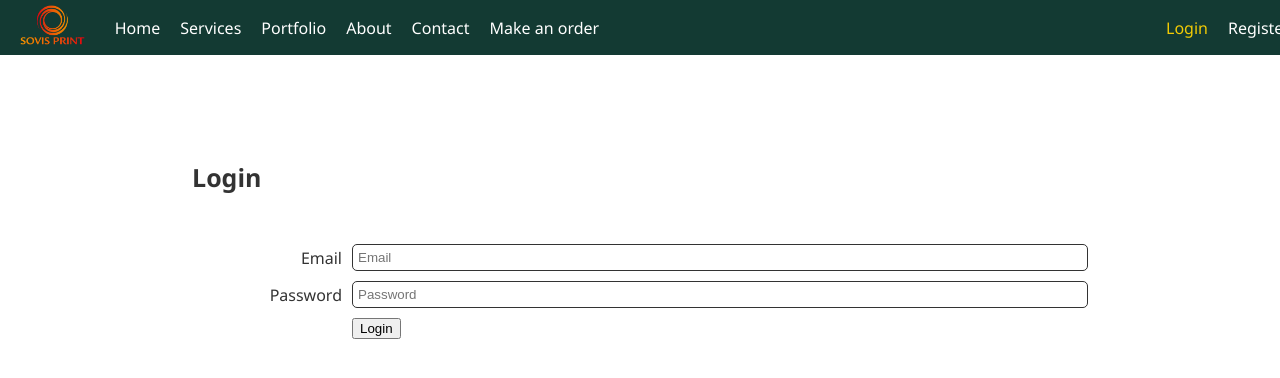
Repository: danichimescu/temafinalareact
Page: /comanda (app in my-app/)
These files come from the project's save history. The page is drawn as it stood at one moment and after the next save; the edit follows.
The browser window is 1280 px wide. The pictures show the whole page.
The project was rebuilt for these pictures with package versions that can differ from the ones it lists, and the page was loaded fresh each time. Also part of the build but not shown: my-app/vite.config.js, my-app/src/features/Comanda/Comanda.module.css, my-app/src/features/Comanda/Comanda.jsx, my-app/src/features/Mainpage/mainpage.jsx, my-app/src/features/Auth/Register.jsx.

Above is the page before, as saved 2026-01-22 23:04:09.

### my-app/index.html
<!doctype html>
<html lang="en">
  <head>
    <meta charset="UTF-8" />
    <link rel="icon" type="image/svg+xml" href="src/assets/logoSovis.png" />
    <meta name="viewport" content="width=device-width, initial-scale=1.0" />
    <title>SoviPrint - an online printing service</title>
  </head>
  <body>
    <div id="root"></div>
    <script type="module" src="/src/main.jsx"></script>
  </body>
</html>

### my-app/src/main.jsx
import { StrictMode } from 'react';
import { createRoot } from 'react-dom/client';
import { App } from './App.jsx';

createRoot(document.getElementById('root')).render(
  <StrictMode>
    <App />
  </StrictMode>,
)

### my-app/src/App.jsx
import { BrowserRouter, Route, Routes } from 'react-router';
import { ToastContainer } from 'react-toastify';
import { Comanda } from './features/Comanda/Comanda';
import { Mainpage } from './features/Mainpage/mainpage';
import { Login } from './features/Auth/Login';
import { Register } from './features/Auth/Register';
import { Nav } from './components/Nav/Nav';
import { AuthContextProvider } from './features/Auth/AuthContext';

// import { BoardgameList } from './features/Boardgames/BoardgameList';
// import { BoardgameDetails } from './features/Boardgames/BoardgameDetails';
// import { BoardgameAdd } from './features/Boardgames/BoardgameAdd';
// import { BoardgameEdit } from './features/Boardgames/BoardgameEdit';

import { ProtectedRoute } from './components/ProtectedRoute/ProtectedRoute';


import './App.css';
//*element={<h1>Homepage</h1>} */
export function App() {
  return (
    <BrowserRouter>
      <AuthContextProvider>
        <Nav />
        <Routes>
          <Route path="/"
            element={
              <Mainpage />
            }
          />
          <Route
            path="comanda"
            element={
              <ProtectedRoute>
                <Comanda />
              </ProtectedRoute>
            }
          />

          <Route path="login" element={<Login />} />
          <Route path="register" element={<Register />} />
          <Route path="*" element={<h1>404 Not Found</h1>} />
        </Routes>

        <ToastContainer />
      </AuthContextProvider>
    </BrowserRouter>
  );
}

### my-app/src/features/Auth/Login.jsx
import { useEffect, useState } from 'react';
import { toast } from 'react-toastify';
import { email, object, string } from 'zod';
import { useAuthContext } from './AuthContext';
import { useLocation, useNavigate } from 'react-router';
import { validateForm } from '../../utils';

const apiUrl = import.meta.env.VITE_API_URL + '/login';

const loginSchema = object({
  email: email('Please type a valid email address'),
  password: string().min(
    6,
    'Your password needs to be at least 6 characters long'
  ),
});

export function Login() {
  const [formValues, setFormValues] = useState({
    email: '',
    password: '',
  });

  const [errors, setErrors] = useState(null);

  const { user, login } = useAuthContext();
  const navigate = useNavigate();
  const { state } = useLocation();

  useEffect(() => {
    if(user) {
      const from = state?.from || '/';
      navigate(from);
    }
  }, [user, state, navigate])

  function handleInputChange(e) {
    // const newValues = {...formValues};
    // const fieldName = e.target.name;
    // newValues[fieldName] = e.target.value;
    // setFormValues(newValues);

    const newValues = { ...formValues, [e.target.name]: e.target.value };
    if (errors) {
      // daca exista erori in formular doar atunci rulam iar validarea cand se apasa o tasta
      const newErrors = validateForm(newValues, loginSchema);
      if (newErrors) {
        setErrors(newErrors);
      } else {
        setErrors(null);
      }
    }
    setFormValues(newValues);
  }

  async function handleSubmit(e) {
    e.preventDefault();

    const errors = validateForm(formValues, loginSchema);

    if (errors) {
      setErrors(errors);
      return;
    }

    setErrors(null);

    const send2Server = {...formValues};
    delete send2Server.retypePassword;

    const res = await fetch(apiUrl, {
      method: 'POST',
      body: JSON.stringify(send2Server),
      headers: {
        'Content-Type': 'application/json',
      }
    }).then((res) => res.json());

    if(typeof res === 'string') {
      toast.error(res);
      return;
    }

    toast.success('You have been successfully logged in!');
    login(res);
  }

  return (
    <form className="brandForm" noValidate onSubmit={handleSubmit}>
      <h1 className="fullWidth">Login</h1>

      <label htmlFor="email">Email</label>
      <input
        name="email"
        id="email"
        type="email"
        value={formValues.email}
        onChange={handleInputChange}
        placeholder="Email"
      />
      {errors?.email && (
        <p className="errorMessage secondColumn">{errors.email}</p>
      )}

      <label htmlFor="password">Password</label>
      <input
        name="password"
        id="password"
        type="password"
        value={formValues.password}
        onChange={handleInputChange}
        placeholder="Password"
      />
      {errors?.password && (
        <p className="errorMessage secondColumn">{errors.password}</p>
      )}

      <button type="submit" className="secondColumn autoWidth">
        Login
      </button>
    </form>
  );
}

### my-app/src/components/Nav/Nav.jsx
import { Link } from 'react-router';
import { BrandNavLink } from './BrandNavLink';
import { useAuthContext } from '../../features/Auth/AuthContext';
import { HashLink } from 'react-router-hash-link';

import styles from './Nav.module.css';

export function Nav() {
  const { user, logout } = useAuthContext();

  return (
    <nav className={styles.nav} aria-label="main menu">
      <Link to="/">
        <img
          src="src/assets/logoSovis.png" //"../../assets/logoSovis.png"
          alt="Sovis Print logo"
          height="40"
        />
      </Link>

      <menu className={styles.mainMenu}>
        <li>
          { //<BrandNavLink to="/">Home</BrandNavLink>
          }
          <HashLink to="/#home" smooth className={styles.navLink}>
            Home
          </HashLink>
        </li>
        <li>
          <HashLink to="/#services" smooth className={styles.navLink}>
            Services
          </HashLink>
        </li>
        <li>
          <HashLink to="/#portfolio" smooth className={styles.navLink}>
            Portfolio
          </HashLink>
        </li>
        <li>
          <HashLink to="/#about" smooth className={styles.navLink}>
            About
          </HashLink>
        </li>
        <li>
          <HashLink to="/#contact" smooth className={styles.navLink}>
            Contact
          </HashLink>
        </li>

        <li>
          <BrandNavLink to="/comanda">Make an order</BrandNavLink>
        </li>


        {!user && (
          <>
            <li className={styles.pushRight}>
              <BrandNavLink className={styles.special} to="/login">Login</BrandNavLink>
            </li>
            <li>
              <BrandNavLink to="/register">Register</BrandNavLink>
            </li>
          </>
        )}

        {user && (
          <li className={styles.pushRight}>
            Welcome, {user.firstName}!
            <a href="/" onClick={(e) => {
              e.preventDefault();
              logout();
            }}>Logout</a>
          </li>
        )}
      </menu>
    </nav>
  );
}

### my-app/src/features/Auth/AuthContext.jsx
import { createContext, useContext, useState } from 'react';

const AuthContext = createContext(null);

const initialContextValue = {
  accessToken: null,
  user: null,
};

const storageKey = 'auth';

export function AuthContextProvider({ children }) {
  const [auth, setAuth] = useState(() => {
    const fromStorage = localStorage.getItem(storageKey);

    if(fromStorage) {
      return JSON.parse(fromStorage);
    }

    return initialContextValue;
  });

  function login(auth) {
    localStorage.setItem(storageKey, JSON.stringify(auth))
    setAuth(auth);
  }

  function logout() {
    localStorage.removeItem(storageKey);
    setAuth(initialContextValue);
  }

  return <AuthContext value={{ ...auth, login, logout }}>{children}</AuthContext>;
}

export function useAuthContext() {
  const ctx = useContext(AuthContext);

  if(!ctx) {
    throw new Error('The useAuthContext hook needs to be used in a descendant of the AuthContextProvider component!');
  }

  return ctx;
}

### my-app/src/components/ProtectedRoute/ProtectedRoute.jsx
import { Navigate, useLocation } from 'react-router';
import { useAuthContext } from '../../features/Auth/AuthContext';

export function ProtectedRoute({ children }) {
  const { user } = useAuthContext();

  const { pathname } = useLocation();

  // const navigate = useNavigate();
  // useEffect(() => {
  //   if (!user) {
  //     navigate('/login', { state: { from: pathname } });
  //   }
  // }, [user, navigate]);

  if(!user) {
    return <Navigate to="/login" state={{from: pathname}} />;
  }

  return children;
}

### my-app/src/App.css
:root {
  --brand-gray: #333;
  --text-color: var(--brand-gray);
  --text-on-dark-color: #fff;
  --primary-color: #267365;
  --primary-dark-color: color-mix(in srgb, var(--primary-color) 50%, #000);
  --primary-light-color: color-mix(in srgb, var(--primary-color) 50%, #fff);
  --secondary-color: #F2CB05;

  --highlight-color: #F23030;
  --highlight-light-color: #F28705;
  --highlight-lighter-color: #F29F05;


  --orange: #FF6B00;
  --dark-orange: #E55D00;
  --light-gray: #f4f4f4;
  --dark-gray: #333;
  --white: #ffffff;
  /* --section-padding: 100px 20px; */
    --section-padding: 100px 0px;
  --content-max-width: 1200px;
  --border-radius: 0px;
  --transition-speed: 0.3s;


}

html {
  color: var(--text-color);
  font-family: 'Segoe UI', Tahoma, Geneva, Verdana, sans-serif;
  font-size: 62.5%;
  scroll-behavior: smooth;
}

body {
  margin: 0;
  padding: 0;
  /* box-sizing: border-box;*/

  font-size: 1.6rem;
}


:link {
  color: var(--primary-color);

  &:hover,
  &:active {
    color: var(--primary-light-color);
  }
}

:visited {
  color: var(--primary-dark-color);
}

.hidden {
  display: none !important;
}

.brandForm {
  display: grid;
  gap: 1rem;
  grid-template-columns: 150px 1fr;

  width: 70vw;
  margin: 0 auto;
  padding: var(--section-padding);

  &>label {
    justify-self: end;
    align-self: center;
  }

  & input:not([type=checkbox], [type=radio], [type=color], [type=range]) {
    padding: .5rem;

    border: 1px solid var(--text-color);
    border-radius: 5px;
  }

  & .errorMessage {
    color: var(--highlight-color);
    margin-top: 0;
  }
}

.fullWidth {
  grid-column: 1 / -1;
}

.secondColumn {
  grid-column-start: 2;
}

.autoWidth {
  justify-self: start;
}
/* /added */

/*Toastify CSS Overrides */
.Toastify {
  position: fixed;
  z-index: 9999;
}
section {
    min-height: calc(100vh - 200px);
    width: 100%;
    background-size: cover;
    background-position: center;
    background-repeat: no-repeat;
    color: var(--white);
    padding: var(--section-padding);
    text-align: center;
}
/* Section Titles */
section h1,
section h2 {
    font-size: 2.5rem;
    margin-bottom: 40px;
}

h1 {
    font-size: 2.5rem;
    margin-top: 60px;
    /* padding-top: 55px; */
    margin-bottom: 40px;
}

/*
  CSS Selector Specificity:

  *      -> 0
  Element (body, div, article, html), ::pseudo-element (::after, ::selection) -> 1
  .class, :pseudo-class (:hover, :active), [attr] -> 10
  #id    -> 100

  .mainMenu a:hover -> 21

  id | class | element
  1       0       0

  0     10      0

  0.10.0
  .
  .
  0.255.0
  1.0.0
*/

### my-app/src/features/Mainpage/mainpage.module.css


nav {
    position: fixed;
    top: 0;
    width: 100%;
    background: rgba(0, 0, 0, 0.8);
    backdrop-filter: blur(10px);
    padding: 1rem 2rem;
    z-index: 1000;
}

.nav-container {
    max-width: 1200px;
    margin: 0 auto;
    display: flex;
    justify-content: space-between;
    align-items: center;
    animation-name: fadeInDown;
    animation-duration: 1s;
}

.mylogo {
    color: rgb(234, 133, 18);
    font-size: 1.5rem;
    font-weight: bold;
}

.nav-lista {
    display: flex;
    gap: 2rem;
    list-style: none;
}

.nav-lista a {
    color: white;
    text-decoration: none;
    font-size: 1rem;
    transition: color 0.3s ease;
}

.nav-lista a:hover {
    color: #ff8c00;
}
/* End of Navigation Styles */




/* Section Titles */
section h1,
section h2 {
    font-size: 2.5rem;
    margin-bottom: 40px;
}

/* Section Background Images */

.services-section { background-image: url('src/assets/section2.jpg'); }
.portfolio-section { background-image: url('src/assets/section3.jpg'); padding: 60px 20px; }
.order-section { background-image: url('src/assets/section4.jpg'); }
.contact-section { background-image: url('src/assets/section5.jpg'); }
.message-section { background-image: url('src/assets/section6b.jpg'); }
.about-section { background-image: url('src/assets/section6.jpg'); }



/* ========================================
   Home Section (with video)
   ======================================== */
.home_class {
    height: 100vh;
    display: flex;
    flex-direction: column;
    justify-content: center;
    align-items: center;
    position: relative;
    padding: 0;
}

.video-container-back {
    position: absolute;
    top: 0;
    left: 0;
    right: 0;
    width: 100%;
    height: 100%;
    overflow: hidden;
    z-index: -2;
}

.myVideo {
    position: absolute;
    top: 50%;
    left: 50%;
    min-width: 100%;
    min-height: 100%;
    width: auto;
    height: auto;
    transform: translate(-50%, -50%);
    object-fit: cover;
}

.video-overlay {
    position: absolute;
    top: 0;
    left: 0;
    width: 100%;
    height: 100%;
    background: rgba(0, 0, 0, 0.356);
}

.home_content {
    position: relative;
    z-index: 200;
    max-width: 600px;
    color: var(--white);
    display: flex;
    flex-direction: column;
    justify-content: flex-end;
    animation: fadeInUp 1s ease;
}

.home_content h1 {
    font-size: 4rem;
    margin-bottom: 1.5rem;
    text-shadow: 2px 2px 10px rgba(0, 0, 0, 0.7);
    line-height: 1.2;
}

.home_content p {
    font-size: 1.3rem;
    line-height: 1.8;
    margin-bottom: 2rem;
    text-shadow: 1px 1px 5px rgba(0, 0, 0, 0.7);
    opacity: 0.95;
}

/* ========================================
   Services Section
   ======================================== */
/* #services {
    height: 100vh;
    display: flex;
    flex-direction: column;
    justify-content: center;
    align-items: center;
} */

/* .services_content {
    margin-bottom: 1px;
} */

.services-grid {
    display: grid;
    grid-template-columns: repeat(3, 1fr);
    gap: 30px;
    max-width: var(--content-max-width);
    margin: 0 auto;
    text-align: left;
    animation: fadeInUp 1s ease;
}

.service {
    background: rgb(252, 236, 220);
    fill-opacity: 80%;
    padding: 20px;
    border-radius: 8px;
    box-shadow: 0 4px 12px rgba(0, 0, 0, 0.1);
    text-align: left;
    transition: transform 0.8s;
}

.service h3 {
    margin-bottom: 10px;
    font-size: 2rem;
    color: #222;
}

.service p {
    color: #555;
    line-height: 1.5;
    font-size: 1.5rem;
}

/* ========================================
   Portfolio / Gallery Section
   ======================================== */
.portfolio_content {
    min-height: 80vh;
    display: flex;
    justify-content: center;
    align-items: center;
    padding: 10px;
}

.gallery-container {
    border-radius: 20px;
    box-shadow: 0 20px 60px rgba(0, 0, 0, 0.3);
    max-width: 900px;
    width: 100%;
    overflow: hidden;
}

.gallery-header {
    padding: 20px;
    text-align: center;
}

.gallery-header h1 {
    font-size: 2em;
    margin-bottom: 5px;
}

.image-counter {
    font-size: 0.9em;
    opacity: 0.9;
}

.image-display {
    position: relative;
    height: 400px;
    display: flex;
    justify-content: center;
    align-items: center;
    overflow: hidden;
}

.image-display img {
    max-width: 100%;
    max-height: 100%;
    object-fit: contain;
    display: block;
}

.loading-message {
    color: #666;
    font-size: 1.2em;
}

.controls {
    display: flex;
    justify-content: space-between;
    align-items: center;
    padding: 20px;
}

.nav-button {
    background: linear-gradient(135deg, #eac066 0%, #e9b3aa 100%);
    border: none;
    padding: 12px 30px;
    font-size: 1em;
    border-radius: 25px;
    cursor: pointer;
    transition: all var(--transition-speed) ease;
    font-weight: bold;
    box-shadow: 0 4px 15px rgba(102, 126, 234, 0.4);
}

.nav-button:hover:not(:disabled) {
    transform: translateY(-2px);
    box-shadow: 0 6px 20px rgba(102, 126, 234, 0.6);
}

.nav-button:active:not(:disabled) {
    transform: translateY(0);
}

.nav-button:disabled {
    background: #ccc;
    cursor: not-allowed;
    box-shadow: none;
}

.thumbnail-strip {
    display: flex;
    gap: 10px;
    padding: 10px;
    overflow-x: auto;
    border-top: 1px solid #eee;
}

.thumbnail {
    min-width: 60px;
    height: 60px;
    border-radius: 8px;
    overflow: hidden;
    cursor: pointer;
    border: 3px solid transparent;
    transition: all var(--transition-speed) ease;
}

.thumbnail:hover {
    transform: scale(1.05);
}

.thumbnail.active {
    border-color: #667eea;
    box-shadow: 0 4px 12px rgba(102, 126, 234, 0.4);
}

.thumbnail img {
    width: 100%;
    height: 100%;
    object-fit: cover;
}

.error-message {
    color: #d32f2f;
    text-align: center;
    padding: 20px;
}

.shortcuts {
    text-align: center;
    padding: 10px;
    font-size: 0.85em;
    color: var(--white);
}

/* ========================================
   Order Section
   ======================================== */
.order h2 {
    font-size: 42px;
    color: wheat;
}

.order-form {
    max-width: 600px;
    margin: 0 auto;
    background: rgba(255, 255, 255, 0.588);
    padding: 40px;
    border-radius: var(--border-radius);
    box-shadow: 0 5px 20px rgba(0, 0, 0, 0.1);
}

.form-group {
    margin-bottom: 25px;
}

.form-group label {
    display: block;
    margin-bottom: 8px;
    color: var(--dark-gray);
    font-weight: 500;
}

.form-group select,
.form-group input {
    width: 100%;
    padding: 12px;
    border: 2px solid #ddd;
    border-radius: 5px;
    font-size: 16px;
    transition: border-color var(--transition-speed);
}

.form-group select:focus,
.form-group input:focus {
    outline: none;
    border-color: var(--orange);
}

.price-result {
    background: var(--orange);
    color: var(--white);
    padding: 20px;
    border-radius: 5px;
    text-align: center;
    font-size: 24px;
    font-weight: bold;
    margin-top: 20px;
    margin-bottom: 20px;
    display: none;
}

.calculate-btn {
    width: 100%;
    padding: 15px;
    background: var(--orange);
    border: none;
    border-radius: 5px;
    font-size: 18px;
    cursor: pointer;
    transition: background var(--transition-speed);
}

.calculate-btn:hover {
    background: var(--dark-orange);
}

/* ========================================
   Two-Column Layout (Contact & About)
   ======================================== */

.gallery-container {
    border-radius: 20px;
    box-shadow: 0 20px 60px rgba(0, 0, 0, 0.3);
    max-width: 900px;
    width: 100%;
    overflow: hidden;
}

/* Section Wrapper - used for Contact & About */
.section-wrapper {
    min-height: 80vh;
    display: flex;
    flex-direction: column;
    justify-content: center;
    align-items: center;
    padding: 40px 20px;
    max-width: 1200px;
    margin: 0 auto;
}

/* Section Title - centered above two columns */
.section-title {
    text-align: center;
    font-size: 2.5rem;
    margin-bottom: 40px;
    color: var(--white);
}

/* Two Column Container */
.two-column {
    display: flex;
    gap: 40px;
    width: 100%;
    max-width: 1200px;
}

/* One Column Container */
.one-column {
    width: 85%;
    max-width: 1200px;
    margin: 0 auto;
    padding: 40px;
    background: rgb(252, 236, 220, 0.80);
    border-radius: var(--border-radius);
    text-align: center;
    border-radius: 20px;
}

.one-column h3 {
    color: var(--orange);
    margin-bottom: 20px;
    font-size: 1.8rem;
}

.one-column p {
    margin-bottom: 15px;
    font-size: 1.5rem;
    color: rgb(0, 0, 0);
    line-height: 1.6;
}

.one-column input,
.one-column textarea {
    width: 100%;
    padding: 15px;
    margin-bottom: 20px;
    border: 2px solid #ddd;
    border-radius: 5px;
    background: rgba(255, 255, 255, 0.9);
    color: rgb(0, 0, 0);
    font-size: 1.5rem;
}

.one-column input:focus,
.one-column textarea:focus {
    outline: none;
    border-color: var(--orange);
}

.one-column input::placeholder,
.one-column textarea::placeholder {
    color: rgba(0, 0, 0, 0.5);
}

.one-column textarea {
    height: 150px;
    resize: vertical;
}

/* Left Column */
.column-left {
    flex: 1;
    padding: 30px;
    border-radius: var(--border-radius);
    background: rgba(194, 193, 193, 0.749);
}

.column-left h3 {
    color: var(--orange);
    margin-bottom: 20px;
}

.column-left p {
    margin-bottom: 15px;
    font-size: 1rem;
    color: rgb(0, 0, 0);
}

/* Right Column */
.column-right {
    flex: 1;
    padding: 30px;
    border-radius: var(--border-radius);
    background: rgba(116, 116, 116, 0.749);
}

.column-right p {
    font-size: 1.5rem;
    line-height: 1.8;
    color: var(--white);
    margin-bottom: 20px;
}

/* About Section - Left column as team image */
.about-section .column-left {
    background-image: url('src/assets/images/team1.jpg');
    background-size: cover;
    background-position: center;
    background-repeat: no-repeat;
    display: flex;
    align-items: center;
    justify-content: center;
    color: var(--white);
    font-size: 2rem;
    min-height: 300px;
}

/* About Section - Right column text */
.about-section .column-right {
    background-color: antiquewhite;
}

.about-section .column-right p {
    color: var(--dark-gray);
}

.map-container {
    width: 100%;
    height: 300px;
    border-radius: var(--border-radius);
    overflow: hidden;
    margin-top: 20px;
}

.column-right input,
.column-right textarea {
    width: 100%;
    padding: 12px;
    margin-bottom: 20px;
    border: 2px solid rgba(255, 255, 255, 0.2);
    border-radius: 5px;
    background: rgba(255, 255, 255, 0.1);
    color: rgb(0, 0, 0);
    font-size: 1rem;
}

.column-right input::placeholder,
.column-right textarea::placeholder {
    color: rgba(0, 0, 0, 0.6);
}

.column-right textarea {
    height: 150px;
    resize: vertical;
}

.submit-btn {
    width: 100%;
    padding: 15px;
    background: var(--orange);
    color: rgb(0, 0, 0);
    border: none;
    border-radius: 5px;
    font-size: 1rem;
    cursor: pointer;
    transition: background var(--transition-speed);
}

.submit-btn:hover {
    background: var(--dark-orange);
}

/* ========================================
   Utility Classes
   ======================================== */
.hidden {
    display: none;
}

/* ========================================
   Animations
   ======================================== */
@keyframes fadeInDown {
    from {
        opacity: 0;
        translate: 0px -20px;
    }
    to {
        opacity: 1;
        translate: 0px 0px;
    }
}

@keyframes fadeInUp {
    from {
        opacity: 0;
        transform: translateY(40px);
    }
    to {
        opacity: 1;
        transform: translateY(0);
    }
}

/* ========================================
   Responsive Design
   ======================================== */
@media (max-width: 900px) {
    .services-grid {
        grid-template-columns: repeat(2, 1fr);
    }

    .two-column {
        flex-direction: column;
    }

    .column-left,
    .column-right {
        min-height: 300px;
    }
}

@media (max-width: 768px) {
    .home_content h1 {
        font-size: 2.5rem;
    }

    .home_content p {
        font-size: 1.1rem;
    }

    .nav-lista {
        gap: 1rem;
    }

    .nav-lista a {
        font-size: 0.9rem;
    }

    section h1,
    section h2 {
        font-size: 2rem;
    }
}

@media (max-width: 600px) {
    .services-grid {
        grid-template-columns: 1fr;
    }

    .nav-lista {
        gap: 0.5rem;
        flex-wrap: wrap;
        justify-content: center;
    }
}
/* ========================================
   End of File
   ======================================== */

### my-app/src/components/Nav/BrandNavLink.jsx
import { NavLink } from 'react-router';
import clsx from 'clsx';

import styles from './Nav.module.css';

export function BrandNavLink(props) {
  const receivedCls = props.className;
  return (
     <NavLink
        {...props}
        className={({ isActive }) => clsx(receivedCls,  {[styles.active]: isActive})}
      />
  )
}

### my-app/src/components/Nav/Nav.module.css
.nav {
  position: fixed;
  top: 0;
  left: 0;
  width: 100%;
  z-index: 1000;

  display: flex;
  gap: 2rem;
  align-items: center;
  padding: 0.5rem 2rem;

  background: var(--primary-dark-color);
  color: var(--text-on-dark-color);
}

.mainMenu {
  display: flex;
  flex-grow: 1;

  margin: 0;
  padding: 0;
  padding-inline-start: 0;

  list-style: none;

  /* CSS nesting */
  & a {
    /* .mainMenu a { } */
    display: inline-block;
    padding: 1rem;

    color: inherit;
    text-decoration: none;

    &:hover {
      /* .mainMenu a:hover { } */
      text-decoration: underline;
    }

    &.special {
      color: red;
    }

    &.active {
      color: var(--secondary-color);
    }

  }
}

.pushRight {
  margin-left: auto;
}

Loaded but not shown: my-app/src/utils.js (73 lines, source omitted)

After the next save:
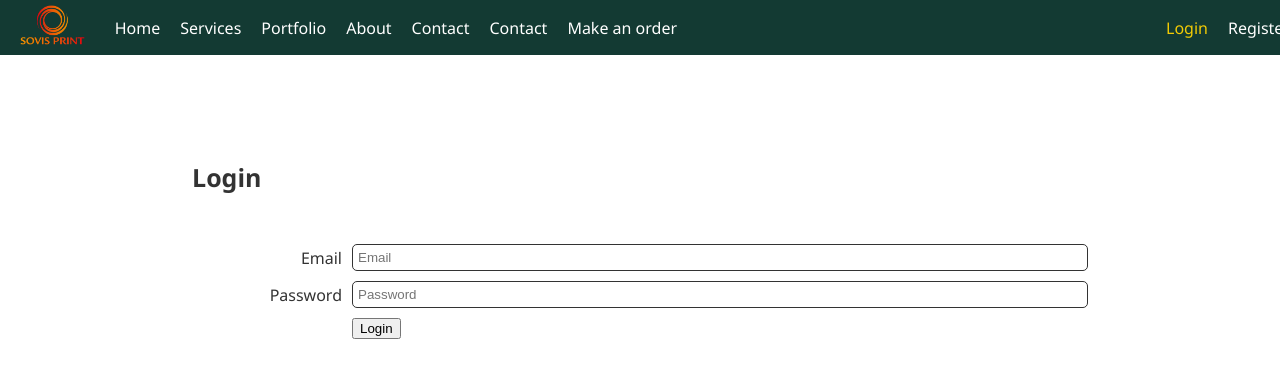
Saved 7 min 40 s later.
--- a/my-app/src/components/Nav/Nav.jsx
+++ b/my-app/src/components/Nav/Nav.jsx
@@ -46,6 +46,11 @@ export function Nav() {
             Contact
           </HashLink>
         </li>
+                <li>
+          <HashLink to="/#contact" smooth className={styles.navLink}>
+            Contact
+          </HashLink>
+        </li>
 
         <li>
           <BrandNavLink to="/comanda">Make an order</BrandNavLink>
